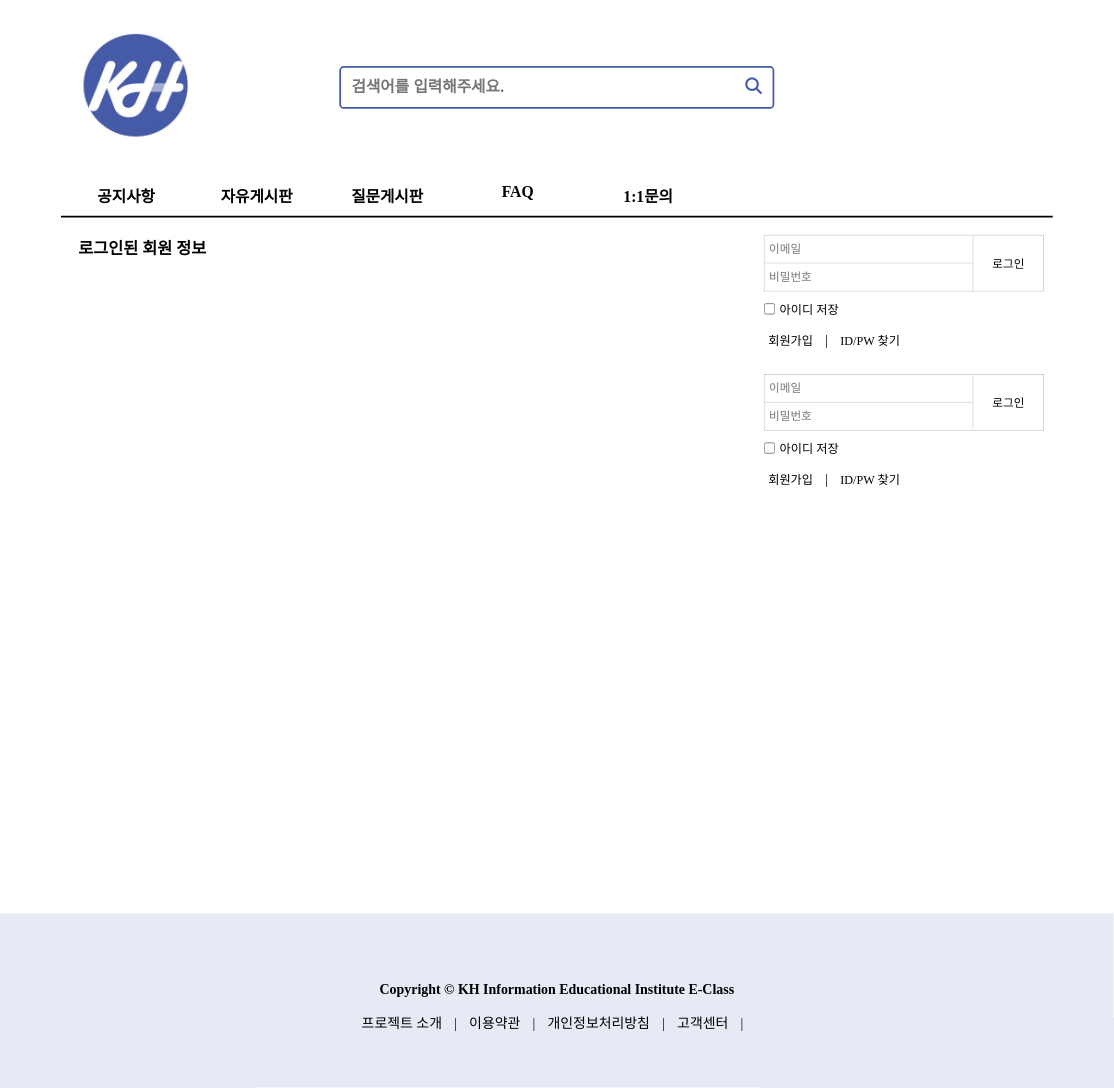
Repository: ahnjaeyoun/6_Server
Page: http://localhost/boardProject/
These files come from the project's save history. The page is drawn as it stood at one moment and after the next save; the edit follows.
The browser window is 1280 px wide. The pictures show the whole page, at 87% of full size.
Some web libraries are served in a nearby version. The page is served by Tomcat 9. Other server files are loaded and not shown.

Above is the page before, as saved 2023-09-21 08:00:41.

### boardProject/src/main/webapp/index.jsp
<%@ page language="java" contentType="text/html; charset=UTF-8"
    pageEncoding="UTF-8"%>

<%@ taglib prefix="c" uri="http://java.sun.com/jsp/jstl/core"%>
<!DOCTYPE html>
<html>
<head>
	<meta charset="UTF-8">
	<title>Insert title here</title>

	<link rel="stylesheet" href="/resources/css/main-style.css">

	<script src="https://kit.fontawesome.com/27d1f811dc.js" crossorigin="anonymous"></script>
</head>
<body>
	<main>


        <%--header.jsp 추가 --%>

        <%--
        	<jsp:include page="jsp파일경로" />

        	- jsp 파일 경로는 webapp 폴더 기준으로 작성
        	- JSP 액션 태그(jsp에 기본 내장됨)
        	- 다른 jsp 파일의 코드를 현재 위치에 추가

         --%>

         <jsp:include page="/WEB-INF/views/common/header.jsp" />

        <section class="content">
            <section class="content-1">

            	<h3>로그인된 회원 정보</h3>




            </section>

            <!-- 아이디/비밀번호/로그인버튼 영역 -->
            <section class="content-2">

            	<c:choose>

            		<%--로그인이 안되어있을 때 --%>
            		<c:when test="${true}">

            			<form action="/member/login" method="post" name="login-form" id="loginFrm">

                    <fieldset class="id-pw-area">
                        <section>
                            <input type="text" name="inputEmail" placeholder="이메일">
                            <input type="password" name="inputPw" placeholder="비밀번호">
                        </section>

                        <section>
                            <button>로그인</button>
                        </section>
                    </fieldset>

                    <label>
                        <input type="checkbox" name="saveId"> 아이디 저장
                    </label>

                    <!-- 회원가입 / ID/PW 찾기 영역 -->
                    <section class="signup-find-area">
                        <a href="#">회원가입</a>
                        <span>|</span>
                        <a href="#">ID/PW 찾기</a>
                    </section>
                </form>
            		</c:when>
            		<c:otherwise>
            			<article class="login-area">
            				<a href="#">
            					<img src="/resources/images/user.png">
            				</a>

            				<div class="my-info">
            					<div>
            						<a href="#" id="nickname"></a>
            						<a href="#" id="logoutBtn">로그아웃</a>
            					</div>

            					<P></P>
            				</div>

            			</article>
            		</c:otherwise>
            	</c:choose>




            	<%-- 로그인이 안되어있을 때 --%>
                <form action="#" name="login-form" id="loginFrm">

                    <fieldset class="id-pw-area">
                        <section>
                            <input type="text" name="inputEmail" placeholder="이메일">
                            <input type="password" name="inputPw" placeholder="비밀번호">
                        </section>

                        <section>
                            <button>로그인</button>
                        </section>
                    </fieldset>

                    <label>
                        <input type="checkbox" name="saveId"> 아이디 저장
                    </label>

                    <!-- 회원가입 / ID/PW 찾기 영역 -->
                    <section class="signup-find-area">
                        <a href="#">회원가입</a>
                        <span>|</span>
                        <a href="#">ID/PW 찾기</a>
                    </section>
                </form>

            </section>

        </section>

     </main>

     <jsp:include page="/WEB-INF/views/common/footer.jsp" />



</body>
</html>

### boardProject/src/main/webapp/WEB-INF/views/common/header.jsp
<%@ page language="java" contentType="text/html; charset=UTF-8"
    pageEncoding="UTF-8"%>

	<header>

            <!-- 클릭 시 메인페이지로 이동하는 로고 -->
            <section>
                <a href="/">
                    <img src="/resources/images/logo.jpg" id="homeLogo">
                </a>
            </section>

            <!-- 검색창 부분 -->
            <section>
                <section class="search-area">
                    <!-- form 내부 input 태그 값을 서버 또는 페이지로 전달 -->
                    <form action="#" name="search-form">

                        <!-- fieldset : form 내부에서 input을 종류별로 묶는 요도로 자주 사용 -->
                        <fieldset>

                            <!-- search : 텍스트 타입과 기능적으로는 똑같으나,
                                브라우저에 의해 다르게 표현될 수 있음. -->
                            <!-- autocomplete : HTML 기본 자동완선 사용 X -->
                            <input type="search" id="query" name="query"
                                autocomplete="off" placeholder="검색어를 입력해주세요."
                            >

                            <button id="searchBtn" class="fa-solid fa-magnifying-glass"></button>

                        </fieldset>

                    </form>

            </section>

            <section></section>
        </header>

        <nav>
            <ul>
                <li><a href="#">공지사항</a></li>
                <li><a href="#">자유게시판</a></li>
                <li><a href="#">질문게시판</a></li>
                <li><a href="#">FAQ</a></li>
                <li><a href="#">1:1문의</a></li>
            </ul>
        </nav>
</body>
</html>

### boardProject/src/main/webapp/WEB-INF/views/common/footer.jsp
<%@ page language="java" contentType="text/html; charset=UTF-8"
    pageEncoding="UTF-8"%>

<footer>
        <p>Copyright &copy; KH Information Educational Institute E-Class</p>

        <section>
            <a href="#">프로젝트 소개</a>
            <span>|</span>
            <a href="#">이용약관</a>
            <span>|</span>
            <a href="#">개인정보처리방침</a>
            <span>|</span>
            <a href="#">고객센터</a>
            <span>|</span>
        </section>
     </footer>

### boardProject/src/main/webapp/resources/css/main-style.css
* {
    box-sizing: border-box;
    padding: 0;
    margin: 0;
}

/* div, main, section, header, footer, article, nav, aside, form
{ border : 1px solid black; }  */
/* 다 만들고 삭제 */


main{
    width: 1140px;
    margin : auto;

    /* min-height : 요소의 최소 높이
            -> 내부 요소가 없어도 최소 높이 유지
            -> 내부 요소가 지정된 크기를 초과하면
                그에 맞에 늘어남
    */
    min-height: 500px;
}

/* header */
header{
    height: 200px;
    display: flex;
    flex-direction: row;
}

header > section:nth-child(1){ width: 15%;}
header > section:nth-child(2){ width: 70%;}
header > section:nth-child(3){ width: 15%; }


/* 로고 */
header > section:first-child{
    display: flex;
    justify-content: center;
    align-items: center;
}

#homeLogo{
    width: 120px;
    height: auto; /* 이미지 기본 비율에 맞게 자동 지정 */
}


/* 검색 영역 */
header > section:nth-child(2){
    display: flex;
    justify-content: center;
    align-items: center;
}

.search-area{
    width: 500px;
}

.search-area fieldset{
    border: 2px solid #455ba8;
    padding : 2px;
    border-radius: 5px;
    display: flex;
}

/* 검색 창 */
#query{
    border : none; /* 테두리 없애기 */
    /* outline :
        포커스가 맞춰진 input의 테두리 */
    /* outline : none; */
    outline : 0;
    font-size: 18px;
    font-weight: bold;
    padding : 10px;

    width: 92%;
}

/* 검색 버튼 */
#searchBtn{
    width: 8%;
    cursor: pointer;
    border : none;

    font-size: 1.2em;
    color : #455ba8;
    background-color: white;
}



/* nav */
nav{
    height: 50px;
    position: sticky;
    /* 화면 밖으로 벗어났을 때
        지정된 위치에 고정*/

    top : 0; /* 최상단에 붙임 */

    background-color: white;
    border-bottom: 2px solid black;
    z-index: 1000;
}

nav > ul{
    display: flex;

    /* li 태그 앞에 기호 삭제 */
    list-style: none;
    height: 100%;
}


nav li{
    flex : 0 1 150px;
        /* grow shrink basis */
}

nav a{
    text-decoration: none;
    color : black;
    font-size: 18px;
    font-weight: bold;
    padding : 11px 0;
    display: block;
    text-align: center;

    border-radius: 5px;
    transition-duration: 0.1s;
    height: 100%;
}


nav a:hover{
    color : white;
    background-color: #455ba8;
}




/* content */
.content{
    height: 800px;
    display: flex;

    /* flex 지정 시 기본값 */
    flex-direction: row;
    justify-content: flex-start;
    /* flex-start : flex요소에만 사용 가능한 정렬 방식 */
    /* start : block요소, flex, grid 등에서도 적용 가능한 정렬 방식 */
    align-items: stretch;
}

.content-1{
    flex-basis: 70%;
    padding : 20px;
}
.content-2{ flex-basis: 30%;}

.content-1 > *{
    margin-bottom: 20px;
}

.content-1 > pre{
    font-size: 1rem;
    font-family: '고딕';
}

/* 로그인 영역 */
.content-2 > form{
    height: 150px;
    padding : 10px;
    margin-top : 10px;

    display: flex;

    flex-direction: column;
    justify-content: center;
}

.id-pw-area{
    border: 1px solid #ccc;
    display: flex;

    /* 중심축 방향 크기 지정 */
    flex-basis: 60%;
}

/* id/pw 입력 영역*/
.id-pw-area > section:first-child{
    width: 75%;
    display: flex;
    flex-direction: column;
}

.id-pw-area > section:first-child > input{
    border : 0;
    border-right : 1px solid #ccc;
    flex-basis: 50%;
    outline: none;
    padding: 5px;
}

/* id input 태그 */
input[name='inputEmail']{
    border-bottom : 1px solid #ccc !important;
}

/* id/pw에 초점이 맞춰졌을 때 */
.id-pw-area > section:first-child > input:focus{
    border: 2px solid #455ba8 !important;
}


/* 로그인 버튼 영역 */
.id-pw-area > section:last-child{
    width: 25%;
    display: flex;
    justify-content: center;
}

/* 로그인 버튼 */
.id-pw-area > section:last-child > button{
    width: 100%;
    background-color: white;
    cursor: pointer;
    border : none;
}

/* 로그인 버튼에 마우스가 올라갔을 때 */
.id-pw-area > section:last-child > button:hover{
    background-color: #455ba8;
    color: white;
}

/* 아이디 저장 label */
.content-2 label{
    margin-top: 5px;
    font-size: 14px;
    display: flex;
    padding: 5px 0;
}

input[name='saveId']{
    margin-right: 5px;
}

/* 회원가입, ID/PW 찾기 영역 */
.signup-find-area{
    margin-top: 10px;
    padding-left: 5px;
}

.signup-find-area > a{
    color : black;
    text-decoration: none;
    font-size: 14px;
}

.signup-find-area > span{
    padding: 0 10px;
}




/* footer */
footer{
    height: 200px;
    background-color: #a3add342;
    display: flex;
    flex-direction: column;
    justify-content: center;
    align-items: center;
}

footer > p{
    font-weight: bold;
    margin : 16px 0;
}

footer > article > *{
    font-size: 14px;
}

footer a{
    color:black;
    text-decoration: none;
}

footer span{
    padding : 0 10px;
}


/* ---------------------------------------------------------------------------- */

/* 로그인 성공 시 화면 */
.login-area{
    height: 120px;
    padding: 30px 10px;
    margin: 10px 0;
    border: 1px solid black;
    border-radius: 10px;
    display: flex;
    align-items: center;
}

/* 프로필 이미지 */
#memberProfile{
    width: 64px;
    height: 64px;
    border-radius: 50%;
}


/* 프로필 이미지를 감싸고 있는 a태그 */
.login-area > a{
    display: block;
    width: 70px;
    height: 70px;
    border: 3px solid #ddd;
    border-radius: 50%;
}

/* 회원 정보 + 로그아웃 버튼 영역 설정 */

.my-info{
    width: 100%;
    height: 100%;
    margin-left: 20px;
}

.my-info > div{
    display: flex;
    justify-content: space-between;
}

a{
    text-decoration: none;
    color : black;
}

/* 닉네임 */
#nickname{
    color : black;
    font-size: 20px;
    font-weight: bold;
    letter-spacing: -3px;
}

/* 로그아웃 버튼 */
#logoutBtn{
    color : gray;
    font-size: 14px;
    font-weight: bold;

    border: 2px solid gray;
    padding : 3px 5px;
    border-radius: 10px;
}

#logoutBtn:hover{
    color : white;
    background-color: gray;
}

#logoutBtn:active{
    transform: scale(0.8);
}

/* 내정보 - 이메일 */
.my-info > p{
    margin: 0;
    color : gray;
}


/**********************************/

/* 검색결과 */

.search-page {
	padding : 50px;
	min-height: 1000px;
}

.search-div {
	margin-top: 20px;
	border: 1px solid black;
	border-radius: 20px;
	padding : 20px;
}


.sign-form {
    margin-top: 20px;

}

.sign-form input {
    margin-bottom: 20px;

}

After the next save:
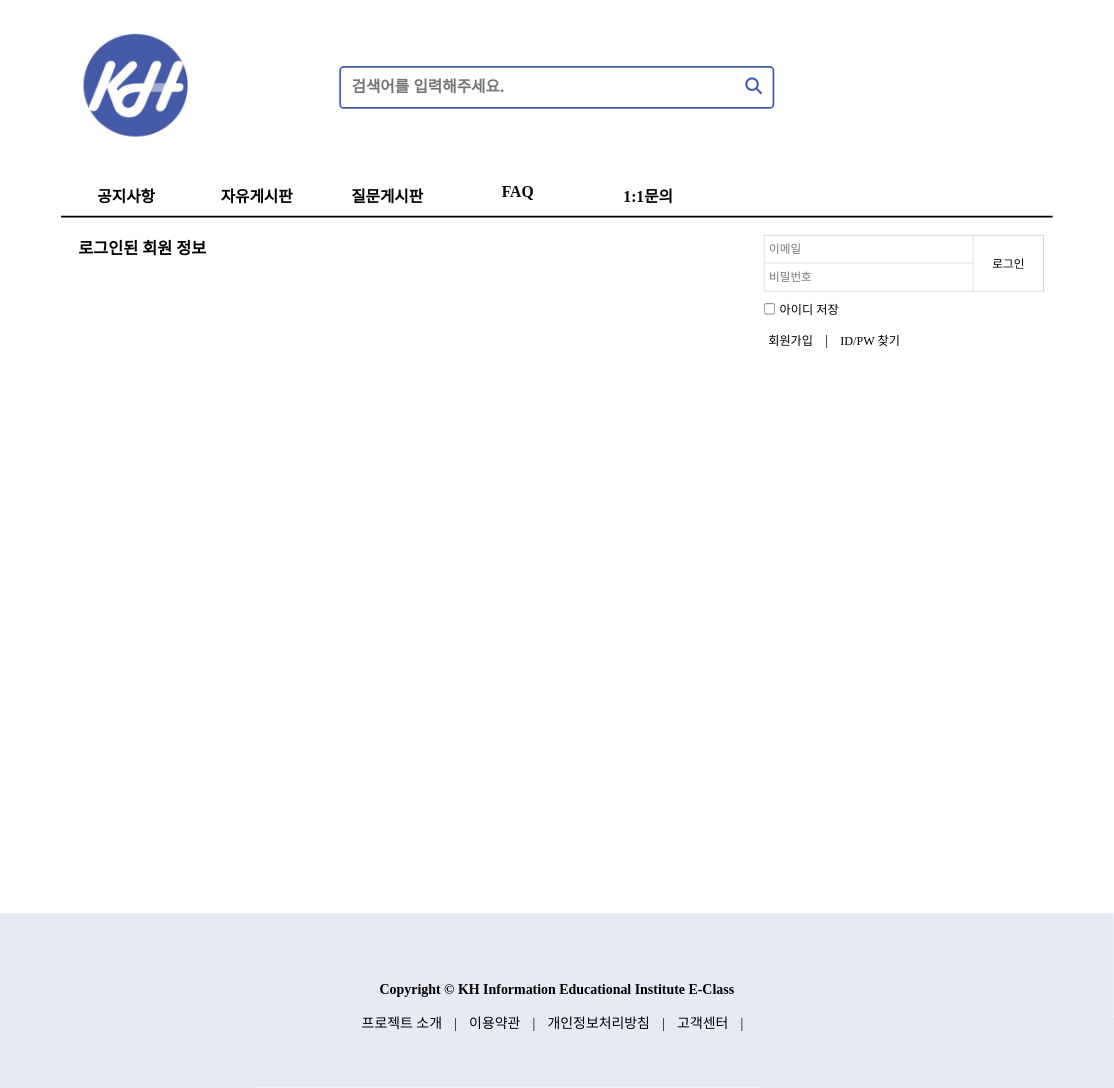
Saved 2 min 0 s later.
--- a/boardProject/src/main/webapp/index.jsp
+++ b/boardProject/src/main/webapp/index.jsp
@@ -93,33 +93,6 @@
 
 
 
-
-            	<%-- 로그인이 안되어있을 때 --%>
-                <form action="#" name="login-form" id="loginFrm">
-
-                    <fieldset class="id-pw-area">
-                        <section>
-                            <input type="text" name="inputEmail" placeholder="이메일">
-                            <input type="password" name="inputPw" placeholder="비밀번호">
-                        </section>
-
-                        <section>
-                            <button>로그인</button>
-                        </section>
-                    </fieldset>
-
-                    <label>
-                        <input type="checkbox" name="saveId"> 아이디 저장
-                    </label>
-
-                    <!-- 회원가입 / ID/PW 찾기 영역 -->
-                    <section class="signup-find-area">
-                        <a href="#">회원가입</a>
-                        <span>|</span>
-                        <a href="#">ID/PW 찾기</a>
-                    </section>
-                </form>
-
             </section>
 
         </section>
